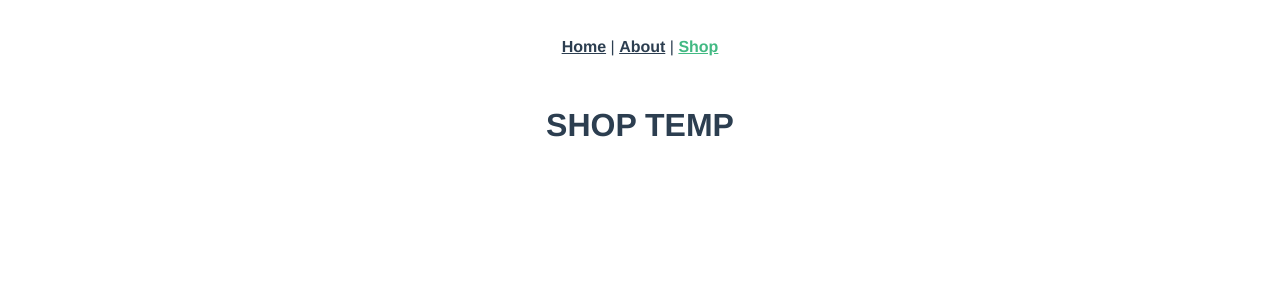
Repository: ramcd86/vuetest
Page: /#/shop
The author's editor kept a copy of each file at every save. The page is drawn from the files as they stood at one save, then again after the next save.
The browser window is 1280 px wide. The pictures show the whole page.
The project was rebuilt for these pictures with package versions that can differ from the ones it lists, and the page was loaded fresh each time. Requests to the local data server were answered from the project's data file. Also part of the build but not shown: src/components/HelloWorld.vue, src/views/Home.vue.

Above is the page before, as saved 2019-07-08 09:39:51.

After the next save:
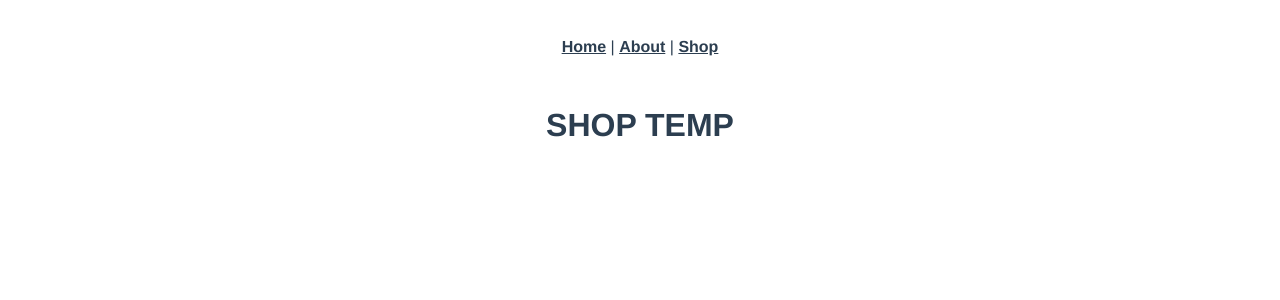
Saved 36 s later.
--- a/src/App.vue
+++ b/src/App.vue
@@ -3,7 +3,7 @@
     <div id="nav">
       <router-link to="/">Home</router-link> |
       <router-link to="/about">About</router-link> |
-      <router-link incomingData="this.queryData" to="/shop">Shop</router-link>
+      <router-link :to="{name: '/shop', params: { queryData }}">Shop</router-link>
     </div>
     <router-view />
   </div>

After the save that followed:
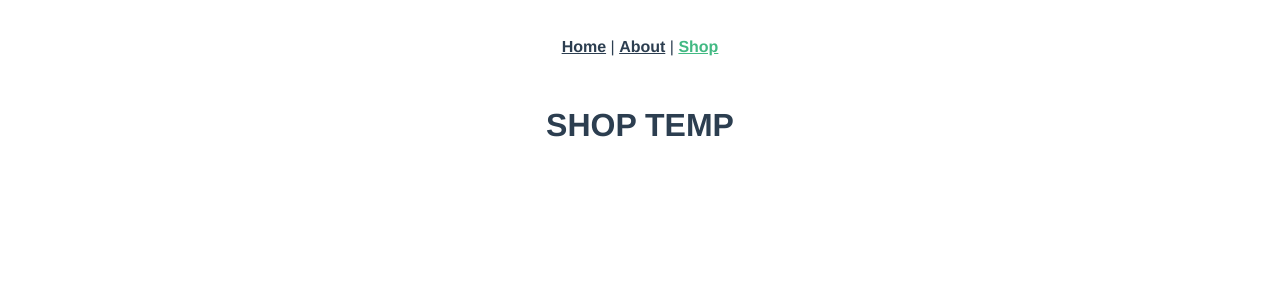
Saved 16 s later.
--- a/src/App.vue
+++ b/src/App.vue
@@ -3,7 +3,7 @@
     <div id="nav">
       <router-link to="/">Home</router-link> |
       <router-link to="/about">About</router-link> |
-      <router-link :to="{name: '/shop', params: { queryData }}">Shop</router-link>
+      <router-link :to="{ name: 'shop', params: { queryData } }">Shop</router-link>
     </div>
     <router-view />
   </div>
